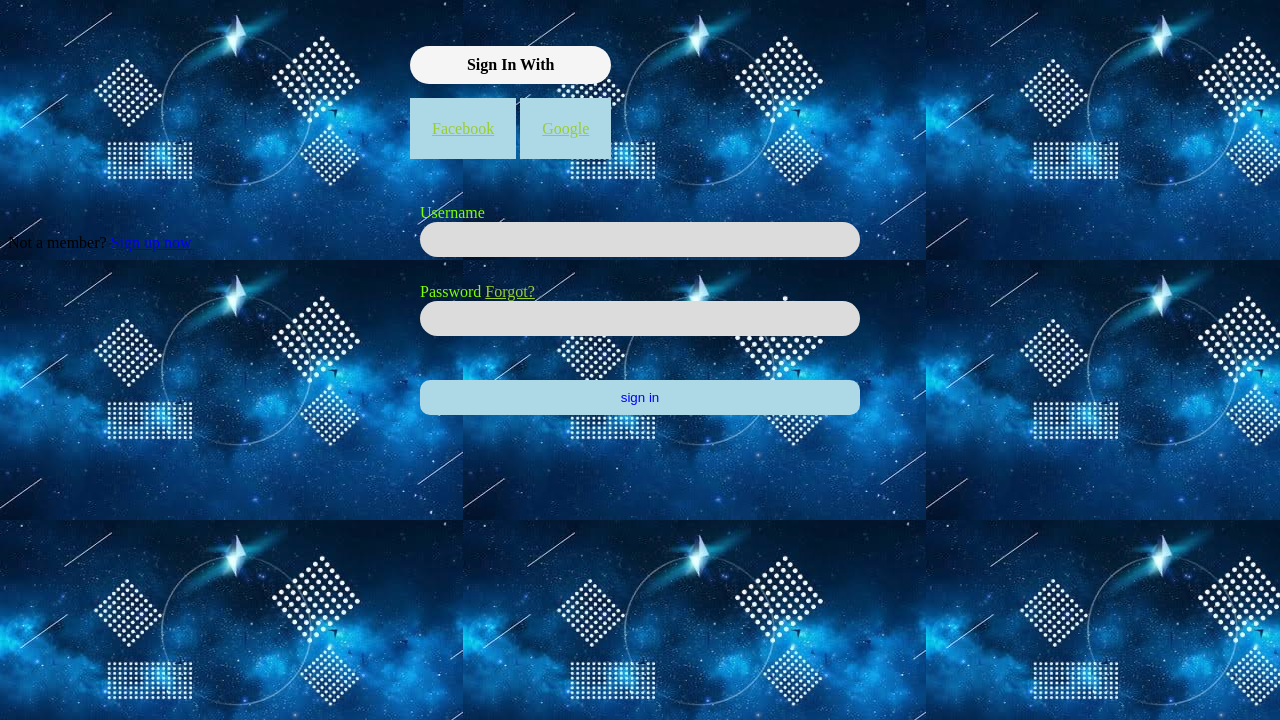
Repository: Tobby004/bdc-assignment-2
Page: index.html
These files come from the project's save history. The page is drawn as it stood at one moment and after the next save; the edit follows.
The browser window is 1280 px wide. The pictures show the whole page.

Above is the page before, as saved 2023-02-11 08:02:14.

### index.html
<!DOCTYPE html>
<html lang="en">
<head>
    <meta charset="UTF-8">
    <meta http-equiv="X-UA-Compatible" content="IE=edge">
    <meta name="viewport" content="width=<device-width>, initial-scale=1.0">
    <title>Document</title>
    <link rel="stylesheet" href="task.css">
</head>
<body>
    <header>
    <div class="box-container">
        <div class="box1">
        <br>
            <b>
             Sign In With
            </b>
        <br>
        <br>
        <a href="#">
            Facebook</a>
            <a href="#">
                Google
            </a>
        </div>
            </div>
        </header>


        <div class="form-input">
        <p>Username
            <br>
            <input type="text" placeholder="" />
        </p>
         <p>Password
            <a href="#">Forgot?</a>
            <br>
            <input type="password" />
         </p>
         <br>
         <button>sign in</button>
        </div>
        <P>
        Not a member?
            <a href="#">Sign up now</a>
        </p>

</body>
</html>

### task.css
*{
    box-sizing:border-box;
}
header{

    display: flex;
    padding: 20px;
    max-width: 500px;
    margin-left: auto;
    margin-right: auto;
    border: none;
}
body{
    background-image: url(image/IMG100.JPG)
}
header b {
    background-color:whitesmoke ;
    display: flex;
    padding: 10px;
    border-radius: 40px;
    margin-right: auto;
    margin-left: auto;
    max-width: 500px;
    justify-content: center;
}
header a {
    display: flexbox;
    padding: 22px;
    background-color: lightblue;
    width: 100%;
    max-width: 100px;
}
.form-input{
    display: block;
    max-width: 500px;
    height: 10px;

    padding: 30px;
    color: chartreuse;
    margin-left: auto;
    margin-right: auto;
}
input {
    background-color: gainsboro;
    display: flexbox;
    padding: 10px;
    width: 100%;
    border: none;
    border-radius: 30px;
    margin-bottom: 10px;
}
button {
    display: block;
    padding: 10px;
    width: 100%;
    border: none;
    color: blue;
    border-radius: 10px;
    background: lightblue;
}
div a {
    color: yellowgreen;
}

After the next save:
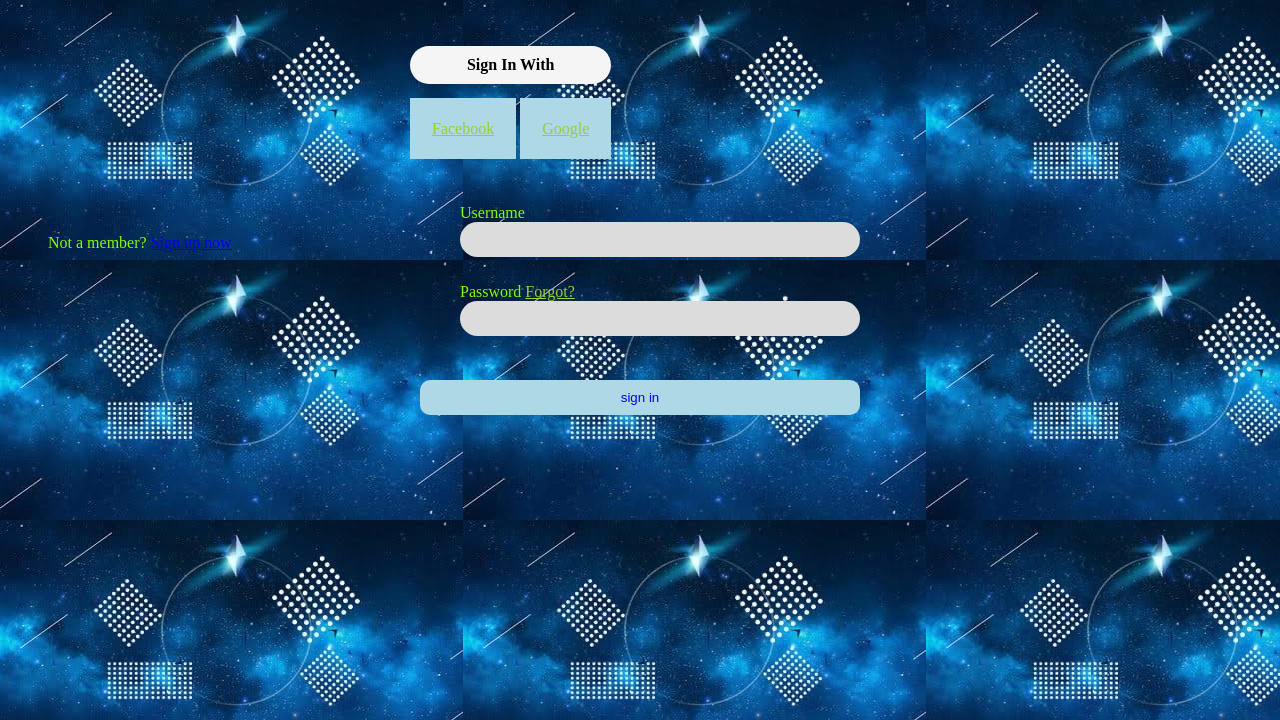
Saved 90 s later.
--- a/task.css
+++ b/task.css
@@ -61,3 +61,10 @@ button {
 div a {
     color: yellowgreen;
 }
+p {
+    padding-inline-start: 40px;
+    color: chartreuse;
+    display: block;
+    max-width: 500px;
+    justify-content: center;
+}
